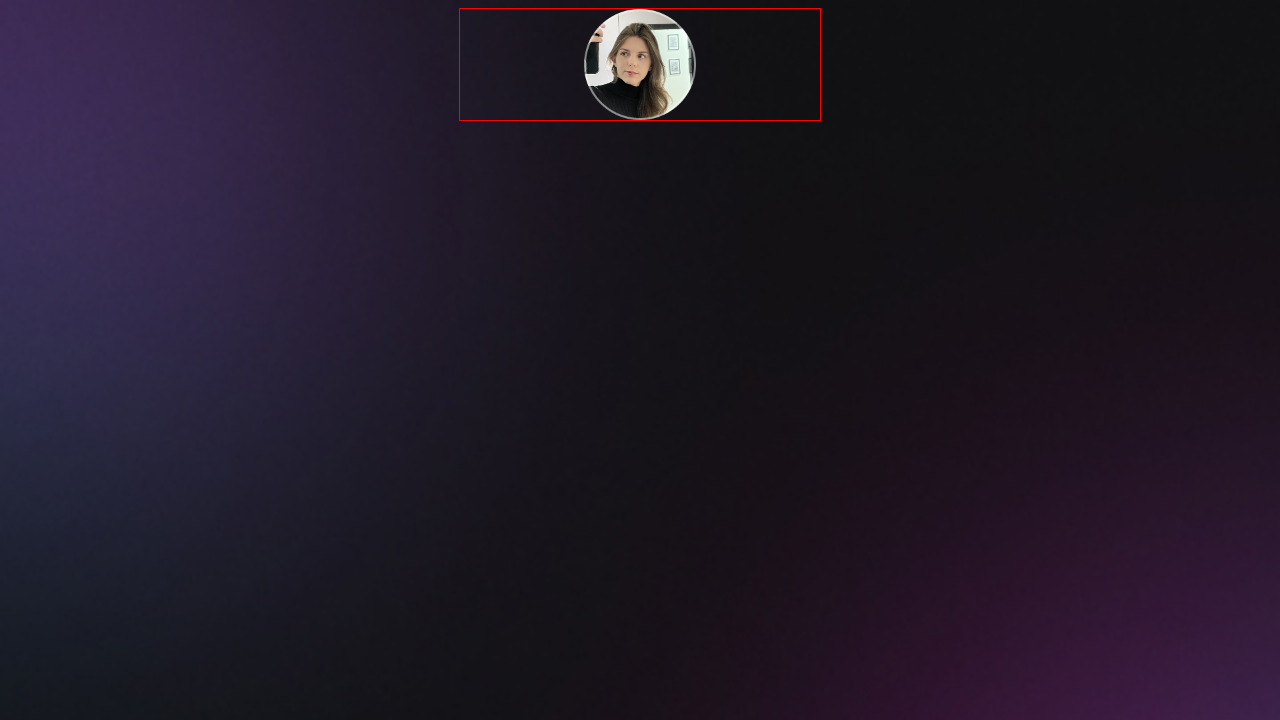
Repository: Fr4nc021/Pagina-de-links-
Page: index.html
The author's editor kept a copy of each file at every save. The page is drawn from the files as they stood at one save, then again after the next save.
The browser window is 1280 px wide. The pictures show the whole page.

Above is the page before, as saved 2025-02-07 16:29:11.

### index.html
<!DOCTYPE html>
<html lang="pt-br">
<head>
    <link rel="preconnect" href="https://fonts.googleapis.com">
    <link rel="preconnect" href="https://fonts.gstatic.com" crossorigin>
    <link href="https://fonts.googleapis.com/css2?family=Inter:ital,opsz,wght@0,14..32,100..900;1,14..32,100..900&display=swap" rel="stylesheet">
    <meta charset="UTF-8">
    <meta name="viewport" content="width=device-width, initial-scale=1.0">
    <title>DevLinks</title>
    <link rel="stylesheet" href="style.css">
</head>
<body>
    <div id="container">
    <div id="profile">
        <img
        src="./assets/avatar.png"
        alt="Foto da Helena Franco sorrindo">
    </div>
    </div>
</body>
</html>

### style.css
body {
    /*
    background-image: url(./assets/bg-mobile.jpg);
    background-repeat: no-repeat;
    background-position: top center;
    background-size: cover;
*/

/*background: color image repeat position/size */
background: url(./assets/bg-mobile.jpg) no-repeat top center/cover;
}

body * {

    .inter-<uniquifier> {
        font-family: "Inter", sans-serif;
        font-optical-sizing: auto;
        font-weight: <weight>;
        font-style: normal;
      }}

#container {
    width: 360px;
    border: 1px solid red;
    margin: auto;
}

#profile img {
    width: 112px;
    display: block;
    margin: auto;

}

After the next save:
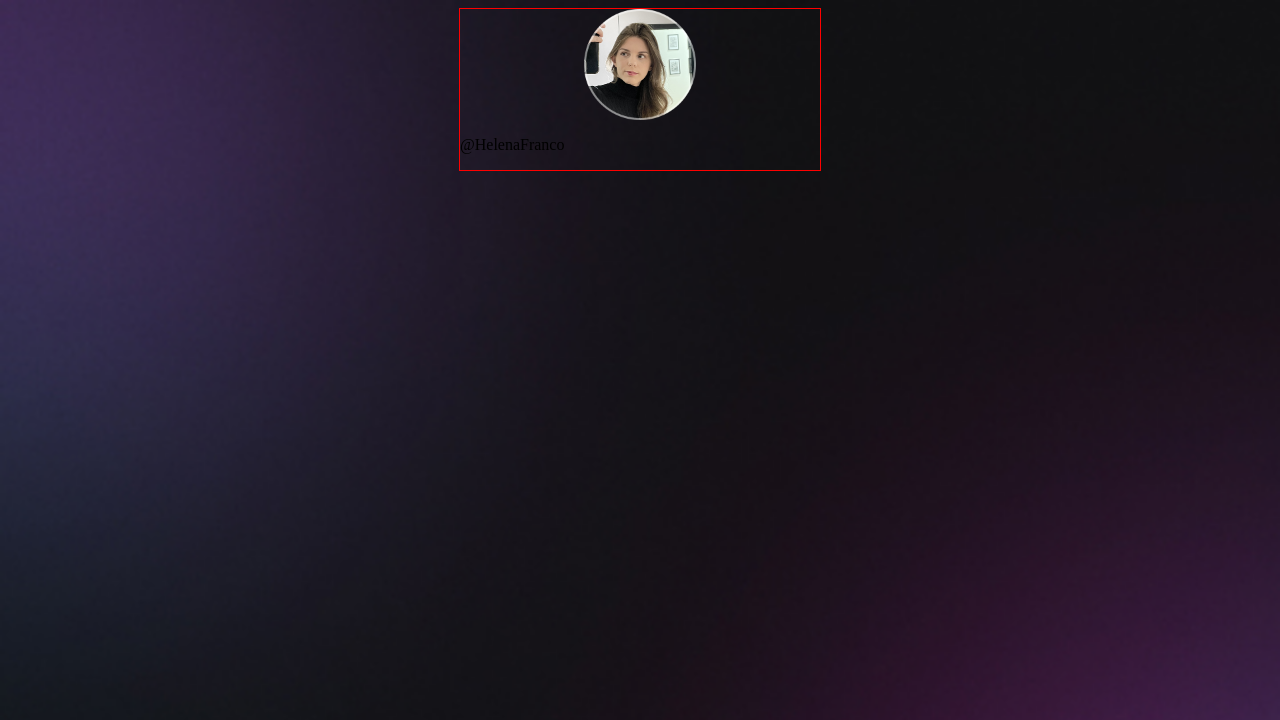
Saved 2 min 19 s later.
--- a/index.html
+++ b/index.html
@@ -15,6 +15,7 @@
         <img
         src="./assets/avatar.png"
         alt="Foto da Helena Franco sorrindo">
+        <p>@HelenaFranco</p>
     </div>
     </div>
 </body>
